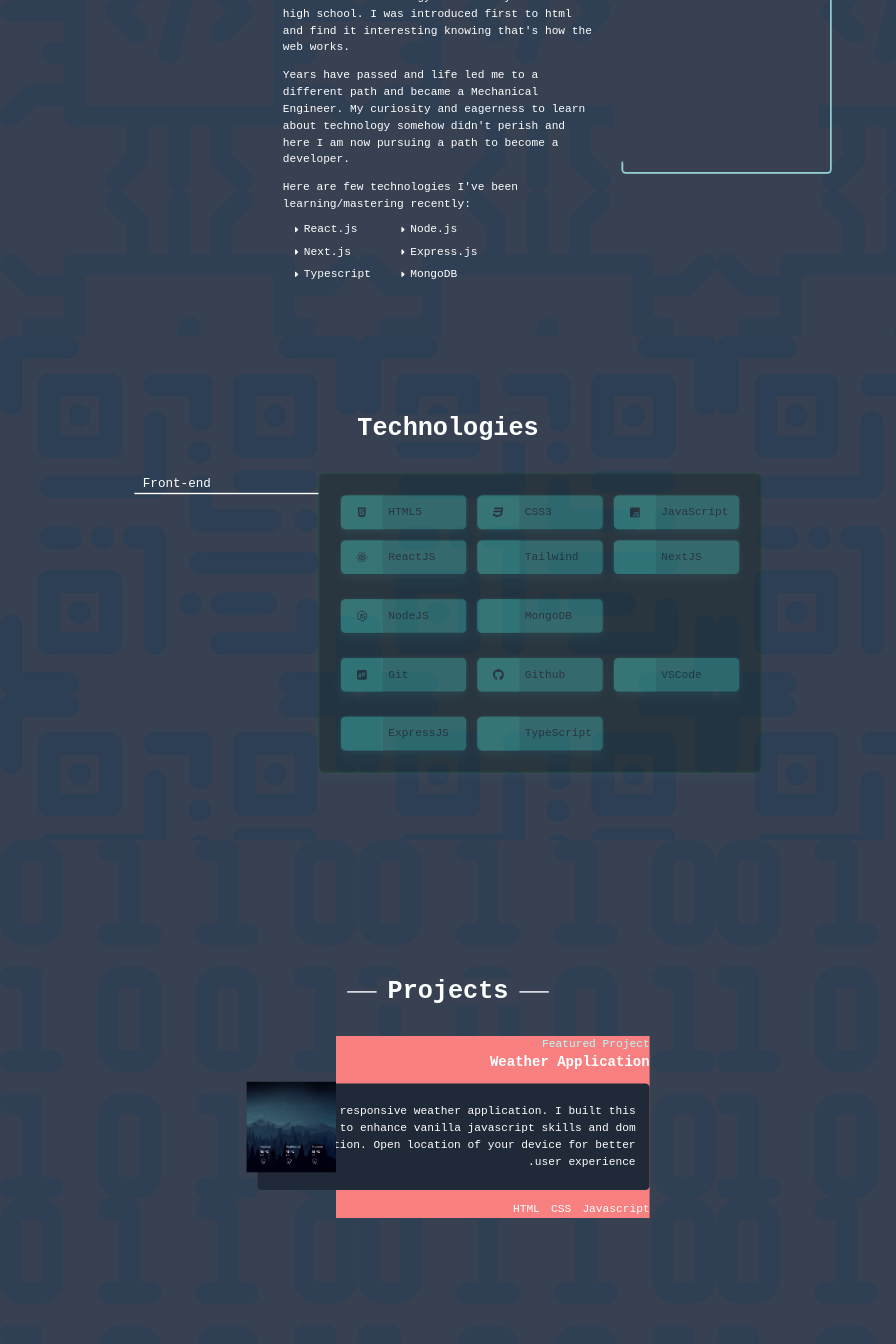
Repository: riandev25/nextjs-portfolio
Page: /
The author's editor kept a copy of each file at every save. The page is drawn from the files as they stood at one save, then again after the next save.
The browser window is 1280 px wide. The pictures show the part of the page from y = 960 to 2880 px (the page is 2880 px tall), at 70% of full size.
Backgrounds fixed to the window are drawn as part of the page. The project was rebuilt for these pictures with package versions that can differ from the ones it lists, and the page was loaded fresh each time. The framework's server and built-in components were replaced by stand-ins that run in the browser. Also part of the build but not shown: next.config.js, components/Home/Keyboard/index.module.css, components/Home/Keyboard/index.jsx.

Above is the page before, as saved 2022-11-12 20:53:33.

### pages/_app.jsx
import Head from 'next/head';
import link from 'next/link';
import '../styles/globals.css';

import Layout from '../components/Layout';
import { ParallaxProvider } from 'react-scroll-parallax';

function MyApp({ Component, pageProps }) {
  return (
    <ParallaxProvider>
      <Head>
        <title>Rian Miguel Engracia</title>
        <meta name='viewport' content='initial-scale=1.0, width=device-width' />
        <link
          rel='apple-touch-icon'
          sizes='180x180'
          href='/apple-touch-icon.png'
        />
        <link
          rel='icon'
          type='image/png'
          sizes='32x32'
          href='/favicon-32x32.png'
        />
        <link
          rel='icon'
          type='image/png'
          sizes='16x16'
          href='/favicon-16x16.png'
        />
        <link rel='manifest' href='/site.webmanifest' />
        <link rel='mask-icon' href='/safari-pinned-tab.svg' color='#5bbad5' />
        <meta name='msapplication-TileColor' content='#2d89ef' />
        <meta name='theme-color' content='#ffffff' />
      </Head>
      <Layout>
        <Component {...pageProps} />
      </Layout>
    </ParallaxProvider>
  );
}

export default MyApp;

### pages/index.jsx
import Head from 'next/head';
import Image from 'next/image';
import Home from '../components/Home/Home';
import { Fragment } from 'react';
import Header from '../components/Header';
import About from '../components/About';
import Technologies from '../components/Technologies';
import Projects from '../components/Projects';

export default function Page() {
  return (
    <Fragment>
      <Header />
      <Home />
      <About />
      <Technologies />
      <Projects title='Projects' />
    </Fragment>
  );
}

### styles/globals.css
@tailwind base;
@tailwind components;
@tailwind utilities;

html,
body {
  padding: 0;
  margin: 0;
  /* font-family: 'Roboto', sans-serif; */
  font-family: monospace, sans-serif;
}

a {
  color: inherit;
  text-decoration: none;
}

* {
  box-sizing: border-box;
}

.image-filter {
  /* filter: invert(93%) sepia(19%) saturate(586%) hue-rotate(121deg)
    brightness(102%) contrast(97%); */
  filter: invert(93%) sepia(69%) saturate(347%) hue-rotate(120deg)
    brightness(104%) contrast(97%);
  opacity: 0.3;
  transition: filter 0.3s, opacity 0.3s;
}

.image-filter:hover {
  filter: none;
  opacity: 1;
}

@media (prefers-color-scheme: dark) {
  html {
    color-scheme: dark;
  }
  body {
    color: white;
    background: black;
  }
}

### components/Layout/index.jsx
import Header from '../Header';
import Email from '../Header/Email';

const Layout = ({ children }) => {
  return (
    <div className='relative w-full h-full bg-gray-700' dir='ltr'>
      <Header />
      <Email />
      {children}
    </div>
  );
};

export default Layout;

### components/Home/Home.jsx
import Link from 'next/link';
import Image from 'next/future/image';
import { useParallax } from 'react-scroll-parallax';
import styles from './index.module.css';
import DevImage from '../../assets/images/dev-image.svg';
import GithubImage from '../../assets/images/github-neon-fill.png';
import LinkedinImage from '../../assets/images/linkedin-neon-fill.png';
import FacebookImage from '../../assets/images/facebook-neon-fill.png';
import Keyboard from './Keyboard';
import { useState } from 'react';

export const images = [
  {
    id: 'github',
    imgSrc: GithubImage,
    link: 'https://github.com/riandev25',
  },
  {
    id: 'linkedin',
    imgSrc: LinkedinImage,
    link: 'https://www.linkedin.com/in/rian-miguel-engracia/',
  },
  {
    id: 'facebook',
    imgSrc: FacebookImage,
    link: 'https://web.facebook.com/rianmiguel.engracia',
  },
  {
    id: 'email',
    email: 'rianengracia@gmail.com',
  },
];

const nameArray = ['I', '&apos;', 'm', ' ', 'R', 'i', 'a', 'n'];
const jobArray = [
  'f',
  'u',
  'l',
  'l',
  ' ',
  's',
  't',
  'a',
  'c',
  'k',
  ' ',
  'd',
  'e',
  'v',
  'e',
  'l',
  'o',
  'p',
  'e',
  'r',
];

const Home = () => {
  const { ref } = useParallax({
    translateY: [-100, 30, 'easeInOut'],
  });
  const [keyboard, setKeyboard] = useState(true);
  return (
    <header className='flex justify-center items-center w-full h-screen px-20 bg-fixed bg-repeat bg-bg_gear_image'>
      <section ref={ref} className='w-4/12 space-y-4'>
        <div className='flex flex-col gap-2.5 place-items-start'>
          <h1 className={`text-xl font-thin text-white ${styles.typingLet}`}>
            Hi there!
          </h1>
          <h1 className='text-6xl font-bold animate-neon_text'>
            I&apos;m Rian Miguel
          </h1>
          <h1 className='text-xl text-white font-bold'>
            <span className='text-xl font-thin'>a</span> Full Stack Developer
          </h1>
        </div>
        <ul className='flex flex-row gap-4'>
          {images.map((item) => {
            if (item.id === 'email') return;
            return (
              <li
                className='block p-3 bg-gray-800 border rounded-lg border-[#b2fcfb] transition-all hover:scale-110'
                key={item.id}
              >
                <Link href={item.link} legacyBehavior>
                  <a className=''>
                    <Image
                      className=''
                      src={item.imgSrc}
                      alt={item.id}
                      width={20}
                      height={20}
                      sizes='5vw'
                    />
                  </a>
                </Link>
              </li>
            );
          })}
        </ul>
      </section>
      <section className='hidden lg:flex max-w-2xl h-full justify-center items-center'>
        <Image
          src={DevImage}
          alt='dev-image'
          width={500}
          height={500}
          sizes='(max-width: 768px) 50vw'
        />
        {/* <Keyboard /> */}
      </section>
    </header>
  );
};

export default Home;

### components/Header/index.jsx
import Logo from '../Logo';
import Navbar from './Navbar';
import { FontAwesomeIcon } from '@fortawesome/react-fontawesome';
import { faBars } from '@fortawesome/free-solid-svg-icons';

const Header = () => {
  return (
    <nav className='px-8 py-1 bg-gray-700 dark:bg-gray-900 fixed w-full z-50 top-0 left-0 border-b shadow-sm border-gray-700 md:px-20 md:py-3 dark:border-gray-600'>
      <div className='flex flex-row justify-between items-center w-full'>
        <section className=''>
          <Logo />
        </section>

        <div className='flex md:order-2'>
          <button
            type='button'
            className='hidden lg:flex bg-transparent text-[#b2fcfb] border border-[#b2fcfb] hover:bg-[#b2fcfb] hover:opacity-40 transition-all font-medium rounded-lg text-sm px-5 py-2.5 text-center mr-3 md:mr-0 dark:bg-blue-600 dark:hover:bg-blue-700 dark:focus:ring-blue-800'
          >
            Get started
          </button>
          <button
            data-collapse-toggle='navbar-sticky'
            type='button'
            className='cursor-pointer inline-flex items-center p-2 text-sm bg-white rounded-lg md:hidden hover:bg-gray-400 focus:outline-none focus:ring-2 focus:ring-gray-200 dark:text-gray-400 dark:hover:bg-gray-700 dark:focus:ring-gray-600'
            aria-controls='navbar-sticky'
            aria-expanded='false'
          >
            <span className='sr-only'>Open main menu</span>
            <FontAwesomeIcon icon={faBars} className='text-gray-800' />
          </button>
        </div>
        <Navbar />
      </div>
    </nav>
  );
};

export default Header;

### components/About/index.jsx
import Image from 'next/future/image';
import PageHeader from '../PageHeader';
import { FontAwesomeIcon } from '@fortawesome/react-fontawesome';
import { faCaretRight } from '@fortawesome/free-solid-svg-icons';
import ProgrammerImage from '../../assets/images/programmer.jpg';
import { useParallax } from 'react-scroll-parallax';

const technologies = [
  'React.js',
  'Node.js',
  'Next.js',
  'Express.js',
  'Typescript',
  'MongoDB',
];

const About = () => {
  return (
    <div className='pt-4 w-full h-screen flex flex-col gap-11 justify-center items-center text-white px-20 bg-bg_chip_image bg-fixed'>
      <PageHeader title='About me' />
      <div className='max-w-3xl flex flex-row gap-6'>
        <section className='max-w-md flex flex-col gap-4'>
          <p>
            Hi! I am Rian Miguel Engracia, a Registered Mechanical Engineer in
            the Philippines. My interest in technology started way back in high
            school. I was introduced first to html and find it interesting
            knowing that&apos;s how the web works.
          </p>
          <p>
            Years have passed and life led me to a different path and became a
            Mechanical Engineer. My curiosity and eagerness to learn about
            technology somehow didn&apos;t perish and here I am now pursuing a
            path to become a{' '}
            <span className='text-[neon-green] no-underline decoration-[neon-green] underline-offset-4 decoration-2 hover:underline'>
              developer
            </span>
            .
          </p>
          <div className='flex flex-col gap-3'>
            <p>
              Here are few technologies I&apos;ve been learning/mastering
              recently:
            </p>
            <ul className='grid grid-cols-3 gap-2'>
              {technologies.map((item, i) => {
                return (
                  <li
                    key={item}
                    className={`${(i + 1) % 2 === 0 ? 'col-span-2' : ''}
                    } flex justify-start items-center gap-2 pl-4`}
                  >
                    <FontAwesomeIcon icon={faCaretRight} className='w-1.5' />
                    <span className=''>{item}</span>
                  </li>
                );
              })}
            </ul>
          </div>
        </section>
        <section className='relative'>
          <div className='absolute z-20 w-[295px] h-[295px] bg-gray-700'></div>
          <Image
            className='relative z-30 rounded-md image-filter bg-[#b2fcfb] border-2 peer'
            src={ProgrammerImage}
            alt='developer'
            width={300}
            height={300}
            priority='false'
            sizes='(max-width: 768px) 100vw, 50vw'
          />
          <div className='absolute top-0 left-0 w-[300px] h-[300px] bg-transparent border-2 border-[#b2fcfb] transition-duration-300 delay-300 ease-in-out translate-x-3 translate-y-3 z-10 rounded-md peer-hover:translate-x-2 peer-hover:translate-y-2 '></div>
        </section>
      </div>
    </div>
  );
};

export default About;

### components/Projects/index.jsx
import Link from 'next/link';
import Image from 'next/future/image';
import PageHeader from '../PageHeader';
import WeatherImage from '../../assets/images/weather-app.png';
import { FontAwesomeIcon } from '@fortawesome/react-fontawesome';
import { faGithubAlt } from '@fortawesome/free-brands-svg-icons';
import { faSquareArrowUpRight } from '@fortawesome/free-solid-svg-icons';
import Links from './Links';

const TECH_WEATHER = ['HTML', 'CSS', 'Javascript'];
const WEATHER = [
  {
    id: 1,
    icon: faGithubAlt,
    link: 'https://riandev25.github.io/js-weather-app/dist/',
  },
  {
    id: 2,
    icon: faSquareArrowUpRight,
    link: 'https://riandev25.github.io/js-weather-app/dist/',
  },
];

const Projects = () => {
  return (
    <div className='pt-4 flex flex-col w-full h-screen gap-11 justify-center items-center text-white px-20 bg-bg_binary_image bg-fixed'>
      <PageHeader title='Projects' />
      <div className='flex flex-row justify-center items-center max-w-xl'>
        <section className='relative w-3/5 h-2/4 flex-1 flex'>
          <Image
            src={WeatherImage}
            alt='weather-app'
            fill
            className='object-cover w-7/12'
          />
        </section>
        <section
          className='w-[28rem] overflow-visible bg-red-400 space-y-4'
          dir='rtl'
        >
          <div className='flex flex-col justify-end items-end' dir='ltr'>
            <h2 className='text-neon text-right'>Featured Project</h2>
            <h1 className='text-xl font-bold text-right'>
              Weather Application
            </h1>
          </div>
          <div className='w-[35rem] bg-gray-800 p-7 pr-5 rounded-md'>
            <p className='text-right'>
              A fully responsive weather application. I built this project to
              enhance vanilla javascript skills and dom manipulation. Open
              location of your device for better user experience.
            </p>
          </div>
          <ul
            className='flex flex-row justify-end items-center gap-4'
            dir='ltr'
          >
            {TECH_WEATHER.map((item) => {
              return <li key={item}>{item}</li>;
            })}
          </ul>
          <Links array={WEATHER} />
        </section>
      </div>
    </div>
  );
};

export default Projects;

### components/Header/Email.jsx
import Link from 'next/link';
import Image from 'next/image';
import { images } from '../Home/Home';

const Email = () => {
  return (
    <aside className='fixed bottom-64 right-0'>
      <div className='flex justify-center items-center relative rotate-90'>
        <Link href='' legacyBehavior>
          <a className='z-50 transition-all text-[#b2fcfb] bg-gray-700 px-2 hover:text-[#68fffc] hover:scale-110'>
            rianengracia@gmail.com
          </a>
        </Link>
        <div className='w-96 bg-[#b2fcfb] absolute top-1/2 left-0 h-px'></div>
      </div>
    </aside>
  );
};

export default Email;

### components/Home/index.module.css
.typingLet {
  width: 134px;
  animation: typing 2s steps(12), blink 0.5s step-end infinite alternate;
  white-space: nowrap;
  overflow: hidden;
  border-right: 3px solid;
  font-family: monospace;
  font-size: 2em;
}

@keyframes typing {
  from {
    width: 0;
  }
}

@keyframes blink {
  50% {
    border-color: transparent;
  }
}

### components/Logo/index.jsx
import Image from 'next/future/image';
import LogoImage from '../../assets/images/logo.svg';
import LogoDark from '../../assets/images/logo-dark.svg';
import LogoLight from '../../assets/images/logo-light.svg';
import {
  faAngleLeft,
  faGear,
  faforward,
} from '@fortawesome/free-solid-svg-icons';
import { FontAwesomeIcon } from '@fortawesome/react-fontawesome';

const Logo = () => {
  return (
    <div className='flex items-center relative'>
      <Image
        src={LogoImage}
        alt='logo'
        width={185}
        height={55}
        className='hidden md:flex'
        sizes='(max-width: 768px) 15vw'
      />
      {/* <Image
        src={LogoLight}
        alt='logo-light'
        width={50}
        height={50}
        className='flex md:hidden'
        sizes='(max-width: 768px) 15vw'
      /> */}
    </div>
  );
};

export default Logo;

### components/Header/Navbar.jsx
import Link from 'next/link';

const Navbar = () => {
  const data = [
    {
      id: 'Home',
    },
    {
      id: 'About',
    },
    {
      id: 'Technologies',
    },
    {
      id: 'Projects',
    },
  ];
  return (
    <div
      className='hidden absolute top-0 right-0 justify-between items-center w-full md:flex md:relative md:w-auto md:order-1'
      id='navbar-sticky'
    >
      <ul className='flex flex-col justify-center items-center flex-auto rounded-lg md:justify-between md:flex-row md:space-x-12 md:p-2 md:mt-0 md:text-sm md:font-medium md:border-0 dark:bg-gray-800 md:dark:bg-gray-900 dark:border-gray-700'>
        {data.map((item) => {
          return (
            <li key={item.id} className='relative group'>
              <Link href={item.id}>
                <a
                  className='block py-2 px-1 text-base font-extralight text-white dark:text-white'
                  // aria-current='page'
                >
                  {item.id}
                </a>
              </Link>

              <span className='z-50 absolute bottom-1.5 w-0 h-[1px] bg-white transition-all md:group-hover:w-full'></span>
            </li>
          );
        })}
      </ul>
    </div>
  );
};

export default Navbar;

### components/PageHeader/index.jsx
const PageHeader = ({ title }) => {
  return (
    <div className='relative overflow-visible flex justify-center items-center'>
      <h1 className='relative z-10 w-full text-4xl font-bold flex flex-start bg-gray-700 px-4 animate-neon_text'>
        {title}
      </h1>
      <span className='absolute top-1/2 w-72 h-0.5 bg-white animated-neon_bg'></span>
    </div>
  );
};

export default PageHeader;

### components/Projects/Links.jsx
import Link from 'next/link';
import { FontAwesomeIcon } from '@fortawesome/react-fontawesome';

const Links = ({ array }) => {
  array.map((item) => {
    return (
      <ul key={item.id} className='flex flex-row'>
        <li>
          <Link href={item.link} passHref>
            <a>
              <FontAwesomeIcon icon={item.icon} className='text-white w-3' />
            </a>
          </Link>
        </li>
      </ul>
    );
  });
};

export default Links;

// 'https://riandev25.github.io/js-weather-app/dist/'

Loaded but not shown: tailwind.config.js (60 lines, source omitted); pages/_document.js (24 lines, source omitted); components/Technologies/index.jsx (206 lines, source omitted)

After the next save:
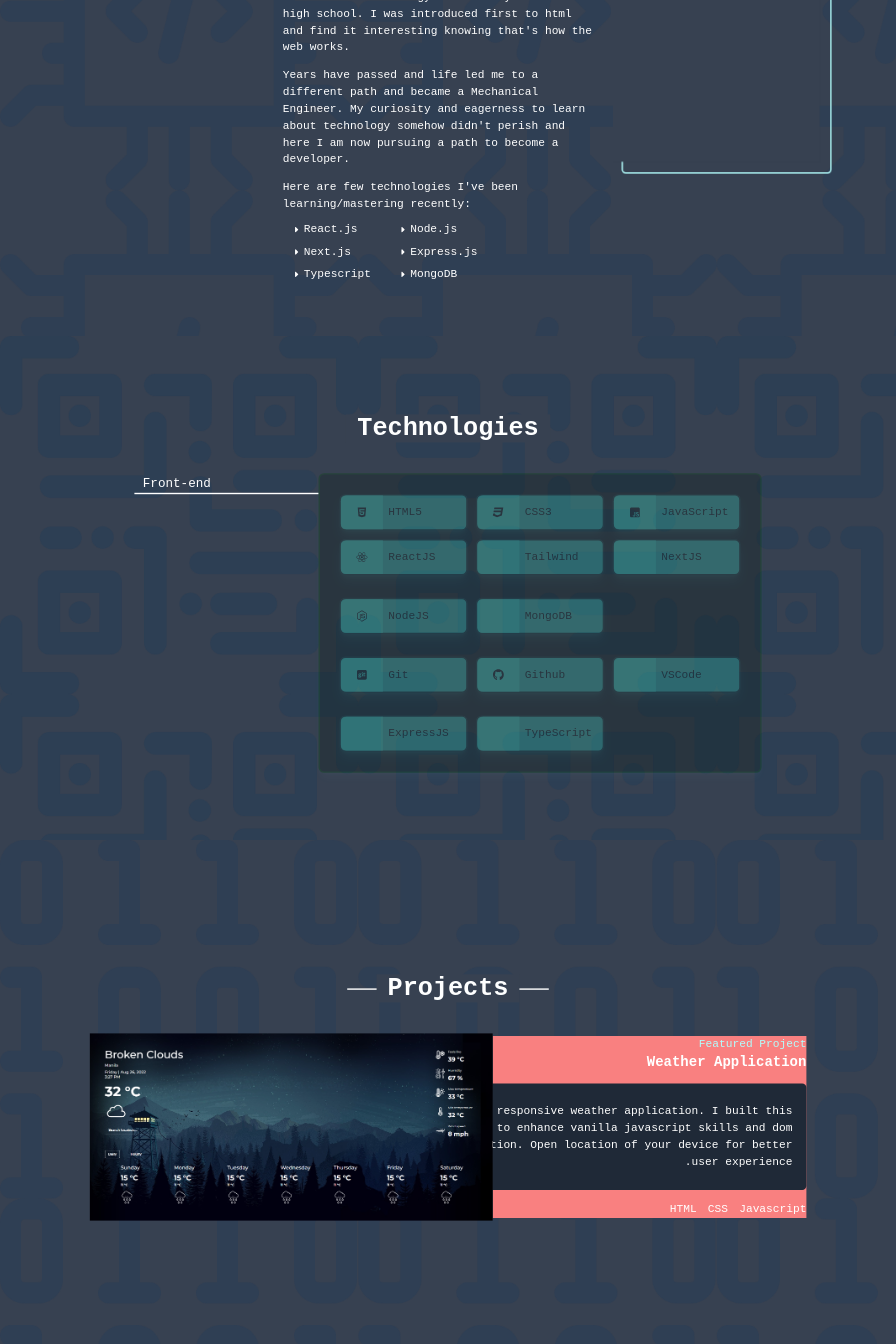
Saved 17 s later.
--- a/components/Projects/index.jsx
+++ b/components/Projects/index.jsx
@@ -25,8 +25,8 @@ const Projects = () => {
   return (
     <div className='pt-4 flex flex-col w-full h-screen gap-11 justify-center items-center text-white px-20 bg-bg_binary_image bg-fixed'>
       <PageHeader title='Projects' />
-      <div className='flex flex-row justify-center items-center max-w-xl'>
-        <section className='relative w-3/5 h-2/4 flex-1 flex'>
+      <div className='flex flex-row justify-center items-center '>
+        <section className='relative max-w-xl flex-1 flex'>
           <Image
             src={WeatherImage}
             alt='weather-app'
